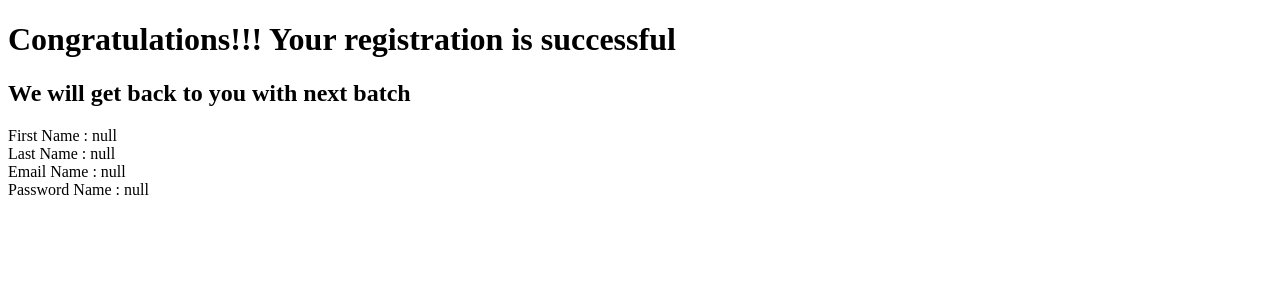
Repository: RamJangid/AdvanceJavaDone
Page: http://localhost/FlyAway/searchresult.jsp
An editor plug-in stored every save of this project. The page is shown before and after the next save, followed by the edit.
The browser window is 1280 px wide. The pictures show the whole page.
The page is served by Tomcat 9. Other server files are loaded and not shown. The template is opened directly, without the code that normally fills it, so the values that code supplies are empty.

Above is the page before, as saved 2022-09-19 15:38:03.

### FlyAway/src/main/webapp/searchresult.jsp
<%@ page language="java" contentType="text/html; charset=UTF-8"
    pageEncoding="UTF-8"%>
<!DOCTYPE html>
<html>
<head>
<meta charset="UTF-8">
<title>Insert title here</title>
</head>
<body>
		<h1>Congratulations!!! Your registration is successful</h1>
		<h2>We will get back to you with next batch</h2>
		First Name : <%= request.getAttribute("FName") %>
		<br>
		Last Name : <%= request.getAttribute("LName") %>
		<br>
		Email Name : <%= request.getAttribute("Email") %>
		<br>
		Password Name : <%= request.getAttribute("Pass") %>
		<br>
</body>
</html>

After the next save:
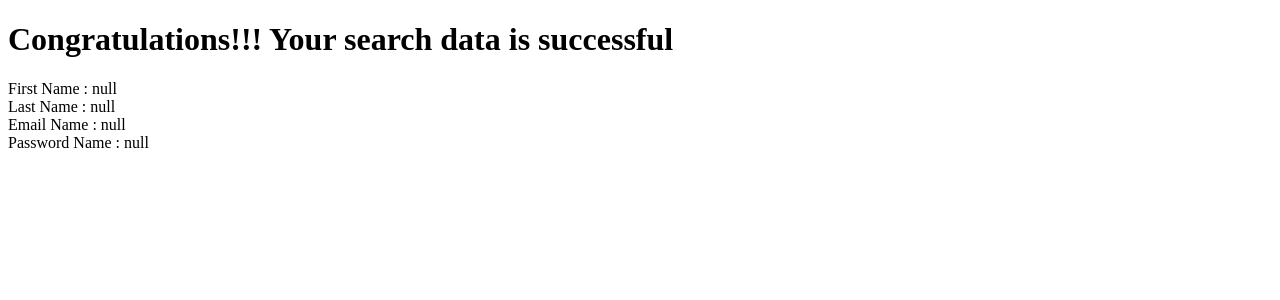
Saved 34 s later.
--- a/FlyAway/src/main/webapp/searchresult.jsp
+++ b/FlyAway/src/main/webapp/searchresult.jsp
@@ -4,11 +4,11 @@
 <html>
 <head>
 <meta charset="UTF-8">
-<title>Insert title here</title>
+<title>Search Data</title>
 </head>
 <body>
-		<h1>Congratulations!!! Your registration is successful</h1>
-		<h2>We will get back to you with next batch</h2>
+		<h1>Congratulations!!! Your search data is successful</h1>
+
 		First Name : <%= request.getAttribute("FName") %>
 		<br>
 		Last Name : <%= request.getAttribute("LName") %>
